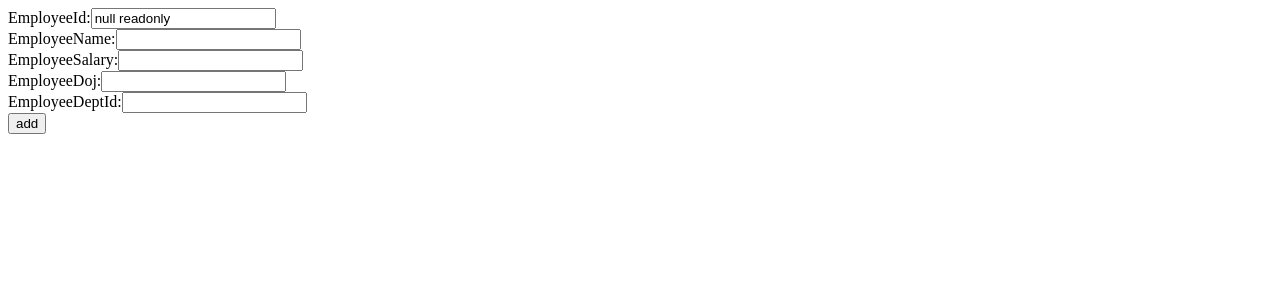
Repository: jayakumar721/projects
Page: http://localhost/WebFilter/Update.jsp
These files come from the project's save history. The page is drawn as it stood at one moment and after the next save; the edit follows.
The browser window is 1280 px wide. The pictures show the whole page.
The page is served by Tomcat 9. Other server files are loaded and not shown.

Above is the page before, as saved 2017-11-22 04:58:57.

### WebFilter/WebContent/Update.jsp
<%@ page language="java" contentType="text/html; charset=UTF-8"
    pageEncoding="UTF-8"%>
<!DOCTYPE html PUBLIC "-//W3C//DTD HTML 4.01 Transitional//EN" "http://www.w3.org/TR/html4/loose.dtd">
<html>
<head>
<meta http-equiv="Content-Type" content="text/html; charset=UTF-8">
<title>Insert title here</title>
</head>
<body>
<form action = "EmployeeDetails" method = "post">
EmployeeId:<input type = "text" name = "id" value="<%=request.getParameter("id") %> readonly"><br>
EmployeeName:<input type = "text" name = "name"><br>
EmployeeSalary:<input type = "text" name = "salary"><br>
EmployeeDoj:<input type = "text" name = "doj"><br>
EmployeeDeptId:<input type = "text" name = "deptId"><br>
<input type ="submit" value="add" name="operation">
</form>
</body>
</html>

After the next save:
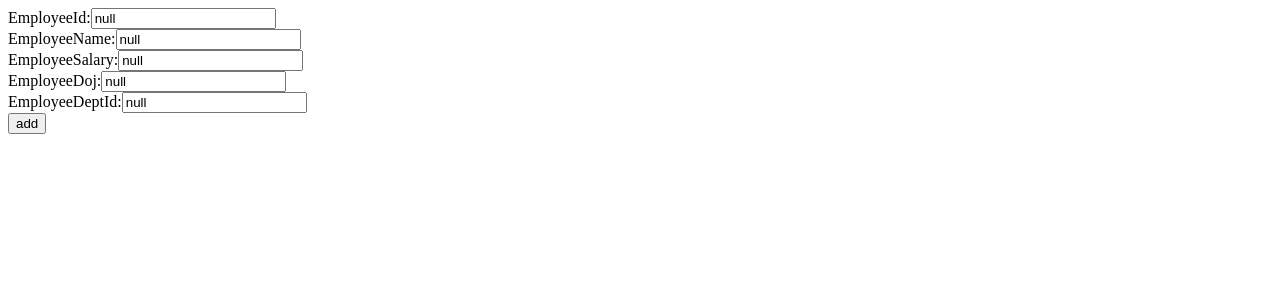
Saved 66 s later.
--- a/WebFilter/WebContent/Update.jsp
+++ b/WebFilter/WebContent/Update.jsp
@@ -8,11 +8,11 @@
 </head>
 <body>
 <form action = "EmployeeDetails" method = "post">
-EmployeeId:<input type = "text" name = "id" value="<%=request.getParameter("id") %> readonly"><br>
-EmployeeName:<input type = "text" name = "name"><br>
-EmployeeSalary:<input type = "text" name = "salary"><br>
-EmployeeDoj:<input type = "text" name = "doj"><br>
-EmployeeDeptId:<input type = "text" name = "deptId"><br>
+EmployeeId:<input type = "text" name = "id" value="<%=request.getParameter("id") %>" readonly><br>
+EmployeeName:<input type = "text" name = "name" value="<%=request.getParameter("name") %>"><br>
+EmployeeSalary:<input type = "text" name = "salary" value="<%=request.getParameter("salary") %>"><br>
+EmployeeDoj:<input type = "text" name = "doj" value="<%=request.getParameter("date") %>"><br>
+EmployeeDeptId:<input type = "text" name = "deptId" value="<%=request.getParameter("deptId") %>" readonly><br>
 <input type ="submit" value="add" name="operation">
 </form>
 </body>
